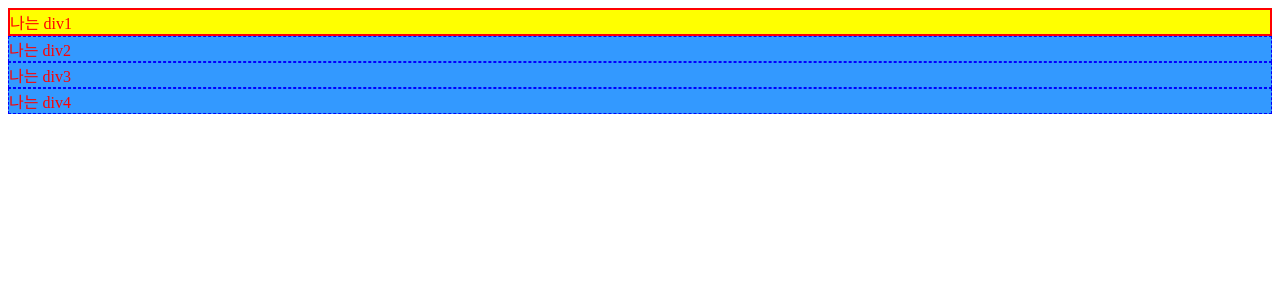
Repository: raccoon304/gugkbi_jsp
Page: HTML5/src/main/webapp/ch01_cssOrder/cssOrder.html
These files come from the project's save history. The page is drawn as it stood at one moment and after the next save; the edit follows.
The browser window is 1280 px wide. The pictures show the whole page.

Above is the page before, as saved 2025-11-13 07:39:50.

After the next save:
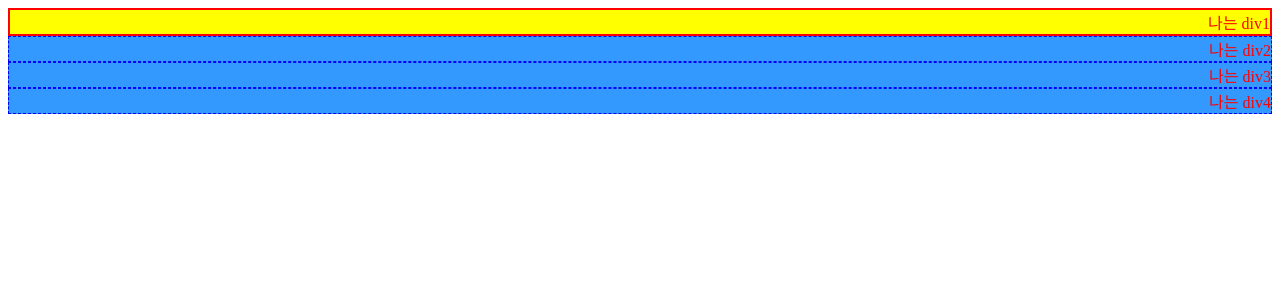
Saved 7 s later.
--- a/HTML5/src/main/webapp/ch01_cssOrder/cssOrder.html
+++ b/HTML5/src/main/webapp/ch01_cssOrder/cssOrder.html
@@ -15,7 +15,7 @@
 		background-color: #3399ff; 	/* 배경색 : 하늘색*/
 		color: red;					/* 글자색 : 빨간색 */
 		font-style: normal;			/* 폰트모양 : 정자 */
-		text-align: left;			/* 글자정렬 */
+		text-align: right;			/* 글자정렬 */
 	}
 
 </style>
